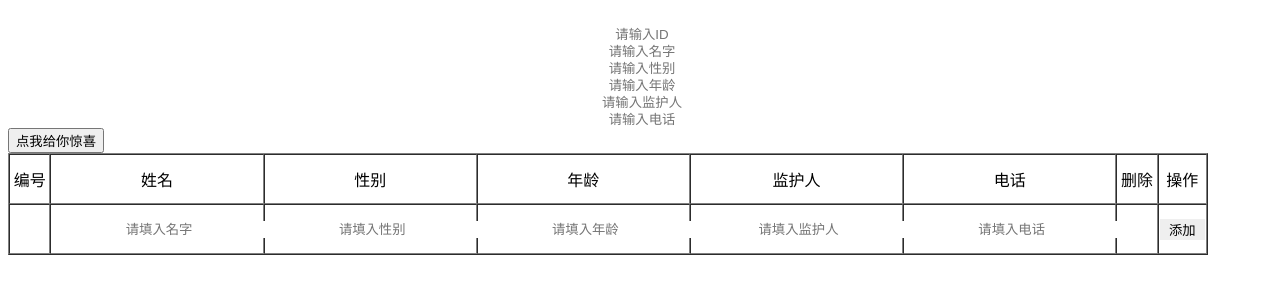
Repository: zhangweihang/management_system
Page: http://localhost/ItsTimeToShow/all
The author's editor kept a copy of each file at every save. The page is drawn from the files as they stood at one save, then again after the next save.
The browser window is 1280 px wide. The pictures show the whole page.
The page is served by Tomcat 9. Queries for data that is not in the repository find no rows.

Above is the page before, as saved 2017-09-29 12:33:16.

After the next save:
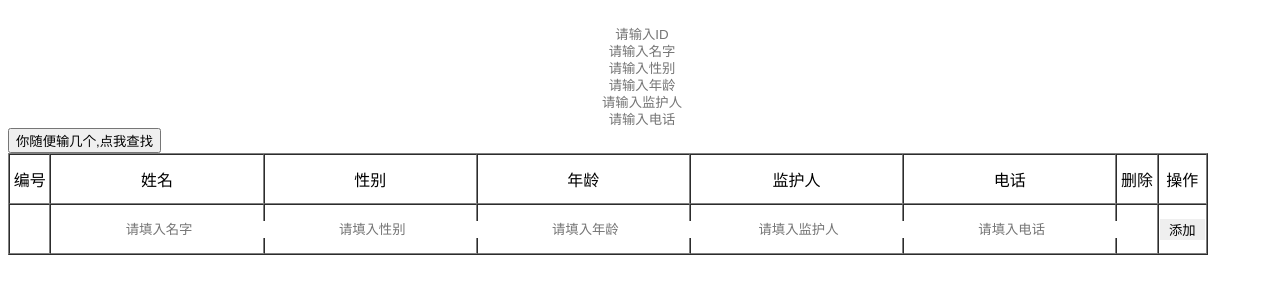
Saved 41 s later.
--- a/ItsTimeToShow/WebContent/all.jsp
+++ b/ItsTimeToShow/WebContent/all.jsp
@@ -73,7 +73,7 @@
 			<input type="text" placeholder="请输入年龄" class="haha1" />
 			<input type="text" placeholder="请输入监护人" class="haha1" />
 			<input type="text" placeholder="请输入电话" class="haha1" />
-			<button onclick=searc()>点我给你惊喜</button>
+			<button onclick=searc()>你随便输几个,点我查找</button>
 		<!-- </form> -->
 		<br/>
 
